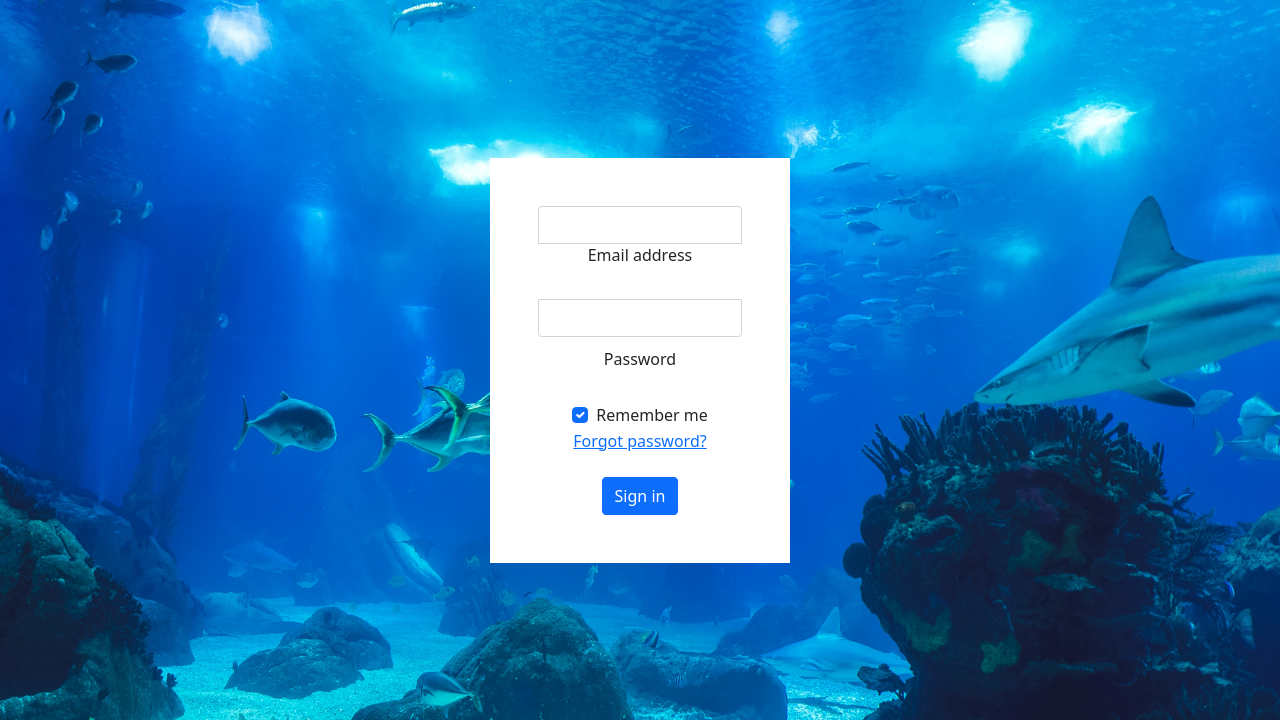
Repository: Elie-Dey/airblio
Page: index.html
An editor plug-in stored every save of this project. The page is shown before and after the next save, followed by the edit.
The browser window is 1280 px wide. The pictures show the whole page.

Above is the page before, as saved 2022-03-30 16:29:01.

### index.html
<!DOCTYPE html>
<html lang="en">
  <head>
    <meta charset="utf-8" />
    <meta name="viewport" content="width=device-width, initial-scale=1" />
    <meta name="description" content="" />
    <meta
      name="author"
      content="Mark Otto, Jacob Thornton, and Bootstrap contributors"
    />
    <meta name="generator" content="Hugo 0.84.0" />
    <title>Signin Template · Bootstrap v5.0</title>

    <!-- <link
      rel="canonical"
      href="https://getbootstrap.com/docs/5.0/examples/sign-in/"
    /> -->

    <!-- Bootstrap core CSS -->
    <link
      href="https://cdn.jsdelivr.net/npm/bootstrap@5.1.3/dist/css/bootstrap.min.css"
      rel="stylesheet"
      integrity="sha384-1BmE4kWBq78iYhFldvKuhfTAU6auU8tT94WrHftjDbrCEXSU1oBoqyl2QvZ6jIW3"
      crossorigin="anonymous"
    />

    <style>
      .bd-placeholder-img {
        font-size: 1.125rem;
        text-anchor: middle;
        -webkit-user-select: none;
        -moz-user-select: none;
        user-select: none;
      }

      @media (min-width: 768px) {
        .bd-placeholder-img-lg {
          font-size: 3.5rem;
        }
      }
      body {
        background-image: url('images/indexBackground.jpg');
            height: 100vh"
      }
    </style>

    <!-- Custom styles for this template -->
    <link href="css/connexion.css" rel="stylesheet" />
  </head>
  <body class="text-center">
    <main class="form-signin">
      <!-- <form action="dashboard.html" method="">
        <img
          class="mb-4"
          src="images/logo.png"
          alt=""
          width="200"
          height="200"
        />
        <h1 class="h3 mb-2 fw-bold">THETYS</h1>

        <div class="form-floating">
          <input
            type="email"
            class="form-control"
            id="floatingInput"
            placeholder="name@example.com"
          />
          <label for="floatingInput">Identifiant</label>
        </div>
        <div class="form-floating">
          <input
            type="password"
            class="form-control"
            id="floatingPassword"
            placeholder="Password"
          />
          <label for="floatingPassword">Mot de passe</label>
        </div>

        <button class="w-100 btn btn-lg btn-primary" type="submit">
          Connexion
        </button>

        <p class="mt-5 mb-3 text-muted">Powered By SMART CONSULTING</p>
      </form> -->
      <form class="bg-white rounded-5 shadow-5-strong p-5">
        <!-- Email input -->
        <div class="form-outline mb-4">
          <input type="email" id="form1Example1" class="form-control" />
          <label class="form-label" for="form1Example1">Email address</label>
        </div>

        <!-- Password input -->
        <div class="form-outline mb-4">
          <input type="password" id="form1Example2" class="form-control" />
          <label class="form-label" for="form1Example2">Password</label>
        </div>

        <!-- 2 column grid layout for inline styling -->
        <div class="row mb-4">
          <div class="col d-flex justify-content-center">
            <!-- Checkbox -->
            <div class="form-check">
              <input
                class="form-check-input"
                type="checkbox"
                value=""
                id="form1Example3"
                checked
              />
              <label class="form-check-label" for="form1Example3">
                Remember me
              </label>
            </div>
          </div>

          <div class="col text-center">
            <!-- Simple link -->
            <a href="#!">Forgot password?</a>
          </div>
        </div>

        <!-- Submit button -->
        <button type="submit" class="btn btn-primary btn-block">Sign in</button>
      </form>
    </main>
  </body>
</html>

### css/connexion.css
html,
body {
  height: 100%;
}

body {
  display: flex;
  align-items: center;
  padding-top: 40px;
  padding-bottom: 40px;

  -webkit-background-size: cover;
  -moz-background-size: cover;
  background-size: cover;
  -o-background-size: cover;
}

.form-signin {
  width: 100%;
  max-width: 330px;
  padding: 15px;
  margin: auto;
}

.form-signin .checkbox {
  font-weight: 400;
}

.form-signin .form-floating:focus-within {
  z-index: 2;
}

.form-signin input[type="email"] {
  margin-bottom: -1px;
  border-bottom-right-radius: 0;
  border-bottom-left-radius: 0;
}

.form-signin input[type="password"] {
  margin-bottom: 10px;
  border-top-left-radius: 0;
  border-top-right-radius: 0;
}

After the next save:
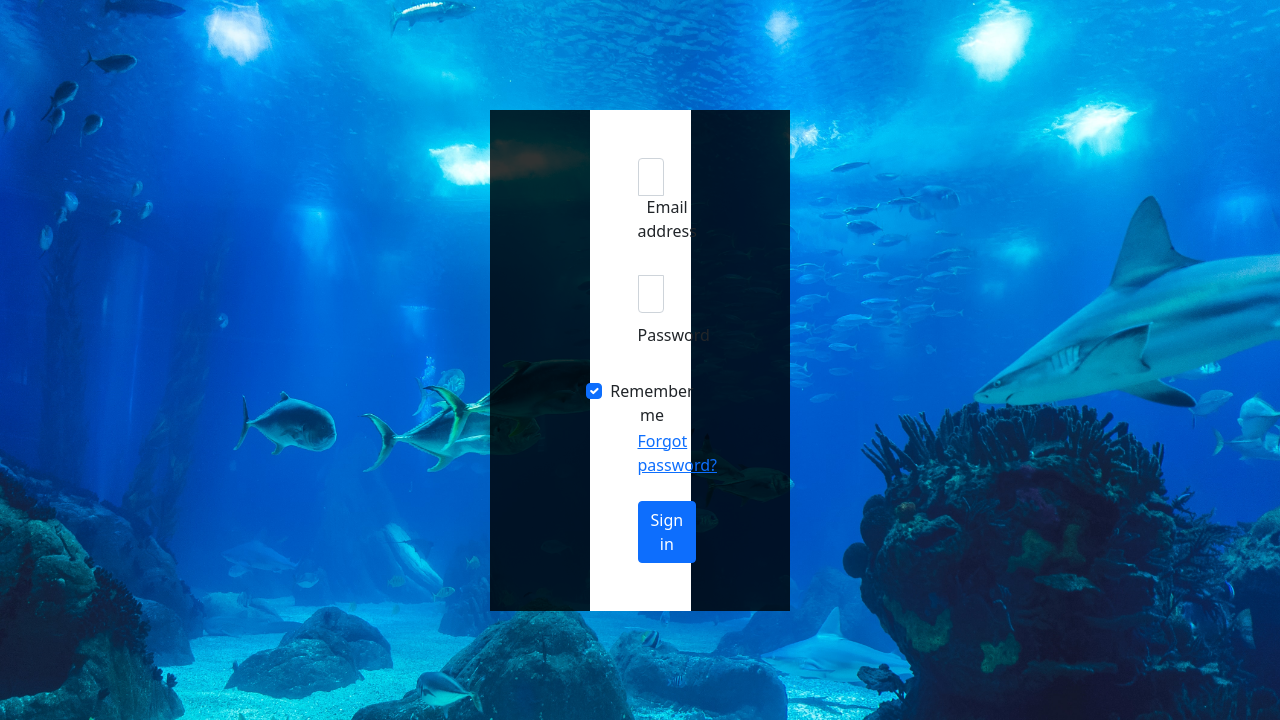
Saved 61 s later.
--- a/index.html
+++ b/index.html
@@ -84,46 +84,73 @@
 
         <p class="mt-5 mb-3 text-muted">Powered By SMART CONSULTING</p>
       </form> -->
-      <form class="bg-white rounded-5 shadow-5-strong p-5">
-        <!-- Email input -->
-        <div class="form-outline mb-4">
-          <input type="email" id="form1Example1" class="form-control" />
-          <label class="form-label" for="form1Example1">Email address</label>
-        </div>
+      <div id="intro" class="bg-image shadow-2-strong">
+        <div
+          class="mask d-flex align-items-center h-100"
+          style="background-color: rgba(0, 0, 0, 0.8)"
+        >
+          <div class="container">
+            <div class="row justify-content-center">
+              <div class="col-xl-5 col-md-8">
+                <form class="bg-white rounded-5 shadow-5-strong p-5">
+                  <!-- Email input -->
+                  <div class="form-outline mb-4">
+                    <input
+                      type="email"
+                      id="form1Example1"
+                      class="form-control"
+                    />
+                    <label class="form-label" for="form1Example1"
+                      >Email address</label
+                    >
+                  </div>
 
-        <!-- Password input -->
-        <div class="form-outline mb-4">
-          <input type="password" id="form1Example2" class="form-control" />
-          <label class="form-label" for="form1Example2">Password</label>
-        </div>
+                  <!-- Password input -->
+                  <div class="form-outline mb-4">
+                    <input
+                      type="password"
+                      id="form1Example2"
+                      class="form-control"
+                    />
+                    <label class="form-label" for="form1Example2"
+                      >Password</label
+                    >
+                  </div>
 
-        <!-- 2 column grid layout for inline styling -->
-        <div class="row mb-4">
-          <div class="col d-flex justify-content-center">
-            <!-- Checkbox -->
-            <div class="form-check">
-              <input
-                class="form-check-input"
-                type="checkbox"
-                value=""
-                id="form1Example3"
-                checked
-              />
-              <label class="form-check-label" for="form1Example3">
-                Remember me
-              </label>
+                  <!-- 2 column grid layout for inline styling -->
+                  <div class="row mb-4">
+                    <div class="col d-flex justify-content-center">
+                      <!-- Checkbox -->
+                      <div class="form-check">
+                        <input
+                          class="form-check-input"
+                          type="checkbox"
+                          value=""
+                          id="form1Example3"
+                          checked
+                        />
+                        <label class="form-check-label" for="form1Example3">
+                          Remember me
+                        </label>
+                      </div>
+                    </div>
+
+                    <div class="col text-center">
+                      <!-- Simple link -->
+                      <a href="#!">Forgot password?</a>
+                    </div>
+                  </div>
+
+                  <!-- Submit button -->
+                  <button type="submit" class="btn btn-primary btn-block">
+                    Sign in
+                  </button>
+                </form>
+              </div>
             </div>
           </div>
-
-          <div class="col text-center">
-            <!-- Simple link -->
-            <a href="#!">Forgot password?</a>
-          </div>
         </div>
-
-        <!-- Submit button -->
-        <button type="submit" class="btn btn-primary btn-block">Sign in</button>
-      </form>
+      </div>
     </main>
   </body>
 </html>
